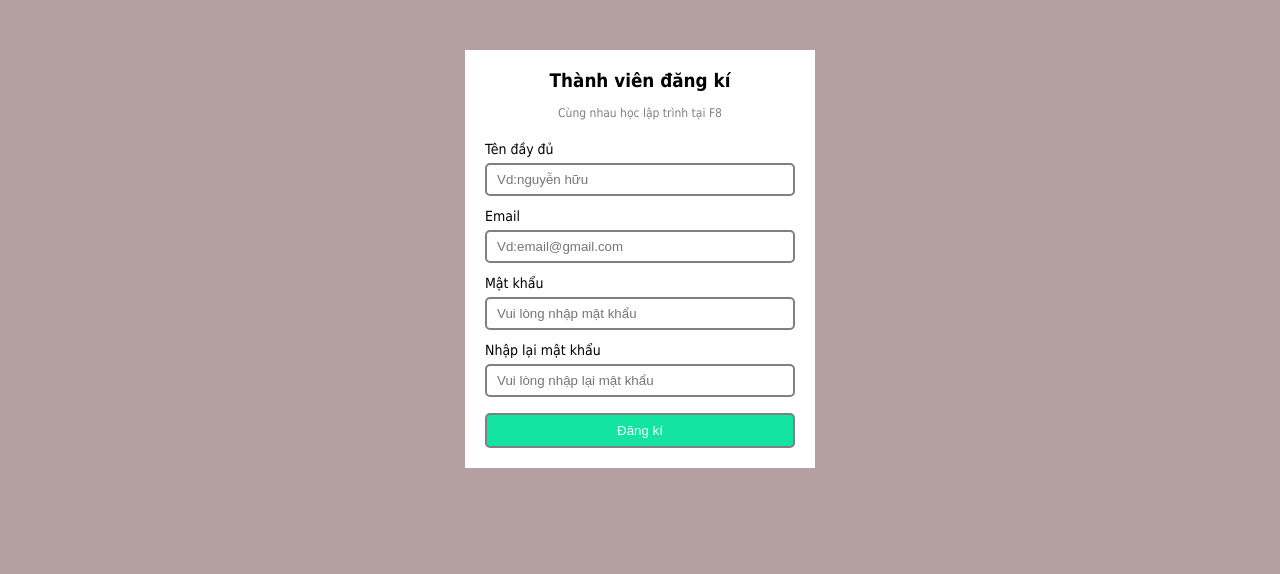
Repository: HuunvDev/Validator
Page: index.html
The author's editor kept a copy of each file at every save. The page is drawn from the files as they stood at one save, then again after a run of saves.
The browser window is 1280 px wide. The pictures show the whole page.
Some web libraries are served in a nearby version.

Above is the page before, as saved 2022-08-21 08:26:19.

### index.html
<!DOCTYPE html>
<html lang="en">
<head>
    <meta charset="UTF-8">
    <meta http-equiv="X-UA-Compatible" content="IE=edge">
    <meta name="viewport" content="width=device-width, initial-scale=1.0">
    <title>validator</title>
    <link rel="stylesheet" href="style.css">
    <link rel="stylesheet" href="https://use.fontawesome.com/releases/v5.1.1/css/all.css" integrity="sha384-O8whS3fhG2OnA5Kas0Y9l3cfpmYjapjI0E4theH4iuMD+pLhbf6JI0jIMfYcK3yZ" crossorigin="anonymous">
</head>
<body>
    <div class="main">
        <form action="" method="POST" class="form" id="form-1">
            <h3 class="heading">Thành viên đăng kí</h3>
            <p class="desc">Cùng nhau học lập trình tại F8</p>
            <div class="pacer"></div>
            <div class="form-group">
                <label for="fullName" class="form-lable">Tên đầy đủ</label><br>
                <input type="text" id="fullName" name="fullName" placeholder="Vd:nguyễn hữu"><br>
                <!-- <i class="fas fa-exclamation-triangle warning"></i> -->
                <span class="form-message">
                </span>
            </div>
            <div class="form-group">
                <label for="email" class="form-lable">Email</label><br>
                <input type="text" id="email" name="email" placeholder="Vd:email@gmail.com"><br>
                <span class="form-message"></span>
            </div>
            <div class="form-group">
                <label for="password" class="form-lable">Mật khẩu</label><br>
                <input type="password" id="password" name="password" placeholder="Vui lòng nhập mật khẩu"><br>
                <span class="form-message"></span>
            </div>
            <div class="form-group">
                <label for="password_confirmation" class="form-lable">Nhập lại mật khẩu</label><br>
                <input type="password" id="password_confirmation" name="password_confirmation" placeholder="Vui lòng nhập lại mật khẩu"><br>
                <span class="form-message"></span>
            </div>
                <!-- <input type="checkbox" name ="condition" id ="condition">
                <span class="agree">Đồng ý và chấp nhận điều khoản</span> -->


           <button class="form-submit" type="submit">Đăng kí</button>
        </form>
    </div>
    <script src="Validator.js"></script>
    <script>
        //mong muốn nhận được
        validator({
            form: '#form-1',
            formGroupSelector:'.form-group',
            errorSelector:'.form-message',
            rules: [
                validator.isRequired('#fullName','Vui lòng nhập tên đầy đủ'),
               //validator.isCondition('#condition'),
                validator.isEmail('#email'),
                validator.minLength('#password',6),
                validator.isRequired('#password_confirmation'),
                validator.isConfirmed('#password_confirmation', function(){
                    return document.querySelector('#form-1 #password').value;
                },'Giá trị nhập vào không chính xác'),
            ],
            onSubmit : function(data){
                console.log(data);
            }
        })
    </script>
</body>
</html>

### style.css

*{
    margin:0;
    padding:0;
    overflow: hidden;
    box-sizing: border-box;
}
body{
    background-color:rgb(180, 160, 160);
}
.main {
    width: 350px;
    box-shadow: 0 0 0 rgb(0 0 0 / 10%);
    margin: auto;
    margin-top: 50px;
    padding: 20px;
    background-color: #fff;
    font-family: tahoma;
}
h3.heading {
    text-align: center;
}
p.desc {
    text-align: center;
    font-size: 12px;
    color: grey;
    padding: 15px 0;
}
.form-group {
    padding: 6px 0;
}

label.form-lable {
    font-size: 14px;
    margin-bottom: -13px;
    display: block;
}
input {
    width:100%;
    height: 33px;
    outline: none;
    border:2px solid grey;
    padding: 0 10px;
    border-radius:5px;
}
input:hover{
    border-color: rgb(23 220 220);
}
button{
    padding:8px 0;
    width:100%;
    background-color: rgb(19 229 161);
    margin-top:10px;
    border-radius:5px;
    color:#fff;
    border:2px solid grey;
}
span.form-message {
    font-size: 12px;
}
.invalid input{
    border-color:red;
}
.invalid span.form-message{
    color:red;
}
.warning{
    font-size:11px;
    color:red;
}
input#condition {
    width: 11px;
}

span.agree {
    font-size: 13px;
    color: grey;
    position: absolute;
    transform: translateY(8px);
    padding: 0 5px;
}

### Validator.js
//constractor function
function validator(options){

    function getParent (element,selector){
        while(element.parentElement){
            if(element.parentElement.matches(selector)){
                return element.parentElement;
            }
            element = element.parentElement;
        }
    }
    var selectorRules ={};
//hàm thực hiên validate
    function validate(inputElement,rules){
        var errorElement = getParent(inputElement, options.formGroupSelector).querySelector(options.errorSelector);
        var errorMessage;
        //lấy ra các rules của selector
        var rules = selectorRules[rules.selector];
        //lặp qua từng rules và check
        //nếu có lỗi dừng việc kiểm tra
        for (var i = 0; i < rules.length;i++){
            errorMessage= rules[i](inputElement.value);
            if(errorMessage) break;
        }
                //lấy value của ô input:inputElement.value;
                //test function : rules.test;
               // var errorMessage = rules.test(inputElement.value);
                //lấy ra thẻ cha của nó từ thẻ con:inputElement.parentElement,
                //lấy ra  đúng phần tử con của thẻ to mà mình muốn lấy:
                //inputElement.parentElement.querySelector('form-message');
                if(errorMessage){
                 //errorElement.innerText = errorMessage;
                 errorElement.innerHTML = `<i class="fas fa-exclamation-triangle warning"></i> ${errorMessage}`;
                 getParent(inputElement, options.formGroupSelector).classList.add('invalid');
                }else{
                 errorElement.innerText = " ";
                 getParent(inputElement, options.formGroupSelector).classList.remove('invalid');
                }

                return !errorMessage;
    }
    //lấy element của form cần validate
    var formElement = document.querySelector(options.form);

    if(formElement){
        //loại bỏ hành vi mặc định của submit
        formElement.onsubmit = function(e){
            e.preventDefault();

            var isFormValid = true;
            //thực hiện lặp qua từng rules và validate
            options.rules.forEach( function (rules){
                var inputElement = formElement.querySelector(rules.selector);
                 var isValid = validate(inputElement,rules);
                 if(!isValid){
                    isFormValid =  false;
                 }
            });

            if(isFormValid){
                //trường hợp submit với js
             if( typeof options.onSubmit ==='function'){
                var enableInputs = formElement.querySelectorAll('[name]:not([disabled])');//lấy ra tất cả các phần tử có attribute là name và ko lấy các phần tử  bị disabled( có nghĩa là bị ẩn đi ko cho người dùng tương tác);
                var formValues = Array.from(enableInputs).reduce(function(values,input){
                    values[input.name] = input.value;
                    return  values;
                },{});
                options.onSubmit(formValues);
             }//trường hợp submit mặc định của trình duyệt
             else{
                formElement.submit();
             }
            }
        }
        //lặp qua mỗi rules và lắng nghe sự kiện
       options.rules.forEach( function (rules){
        //lưu lại các rules cho mỗi input
        if(Array.isArray( selectorRules[rules.selector])){
            selectorRules[rules.selector].push( rules.test);
        }else{
            selectorRules[rules.selector] = [rules.test];
        }

        var inputElement = formElement.querySelector(rules.selector);
        if(inputElement){
            //xử lí trường hợp blur khỏi thẻ input
            inputElement.onblur = function(){
               validate(inputElement,rules);
            }

            // xử lí khi người dùng nhập dữ liệu
            inputElement.oninput = function(){
                var errorElement = inputElement.parentElement.querySelector(options.errorSelector);
                errorElement.innerText = " ";
                getParent(inputElement, options.formGroupSelector).classList.remove('invalid');
            }
        }
       });
    }
}
//định nghĩa các rules
//nguyên tắc của các rules:
//1.khi có lỗi thì trả ra message lỗi
//2.khi hợp lệ thì clear lỗi
validator.isRequired = function (selector,message){
    return {
        selector: selector,
        test: function (value){
            return value.trim() ? undefined : message || "Vui lòng nhập trường này";
        }
    }
}
validator.isEmail = function (selector,message){
    return {
        selector: selector,
        test: function (value){
            var regex = /^\w+([\.-]?\w+)*@\w+([\.-]?\w+)*(\.\w{2,3})+$/;
            return regex.test(value)? undefined : message ||"Trường này phải là email";
        }
    }
}

validator.minLength = function (selector,min,message){
    return {
        selector: selector,
        test: function (value){
            return value.length >= min ? undefined :message ||`Vui lòng nhập tối thiểu ${min} kí tự`;
        }
    }
}

validator.isConfirmed = function(selector,getConfirmValue,message){
    return {
        selector:selector,
        test : function(value){
            return value === getConfirmValue() ? undefined : message ||'Mật khẩu nhập lại không chính xác';
        }
    }
}

After the next 2 saves:
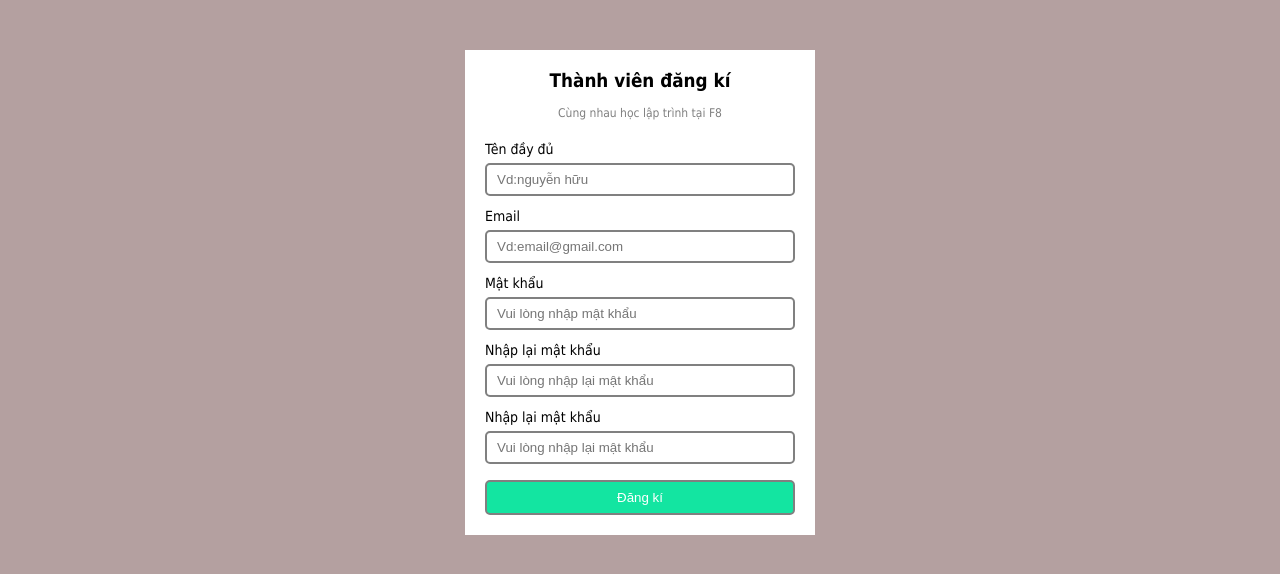
The 2 saves are shown as one change because they came seconds apart.
The last was saved 31 s later.
--- a/index.html
+++ b/index.html
@@ -36,6 +36,12 @@
                 <input type="password" id="password_confirmation" name="password_confirmation" placeholder="Vui lòng nhập lại mật khẩu"><br>
                 <span class="form-message"></span>
             </div>
+
+            <div class="form-group">
+                <label for="password_confirmation" class="form-lable">Nhập lại mật khẩu</label><br>
+                <input type="password" id="password_confirmation" name="password_confirmation" placeholder="Vui lòng nhập lại mật khẩu"><br>
+                <span class="form-message"></span>
+            </div>
                 <!-- <input type="checkbox" name ="condition" id ="condition">
                 <span class="agree">Đồng ý và chấp nhận điều khoản</span> -->
 
